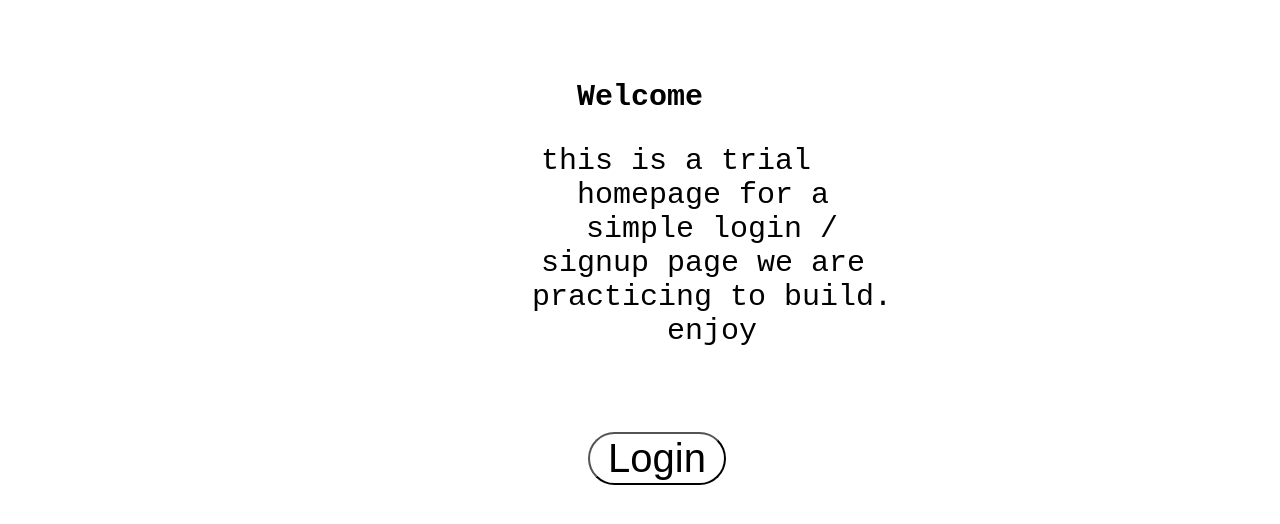
Repository: yhung004/TUTORIAL_PAGE
Page: home.html
An editor plug-in stored every save of this project. The page is shown before and after the next save, followed by the edit.
The browser window is 1280 px wide. The pictures show the whole page.

Above is the page before, as saved 2024-04-10 13:58:20.

After the next save:
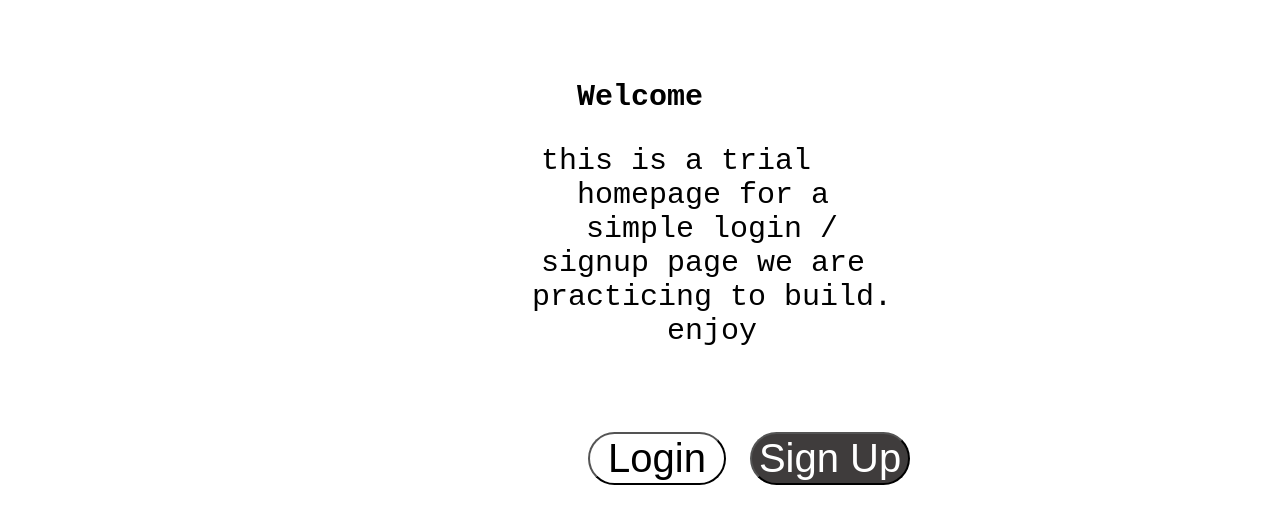
Saved 15 s later.
--- a/home.html
+++ b/home.html
@@ -18,7 +18,7 @@
     <button class="button_a">
        Login
     </button>
-    <button class="button_b>
+    <button class="button_b">
         Sign Up
     </button>
 </body>
